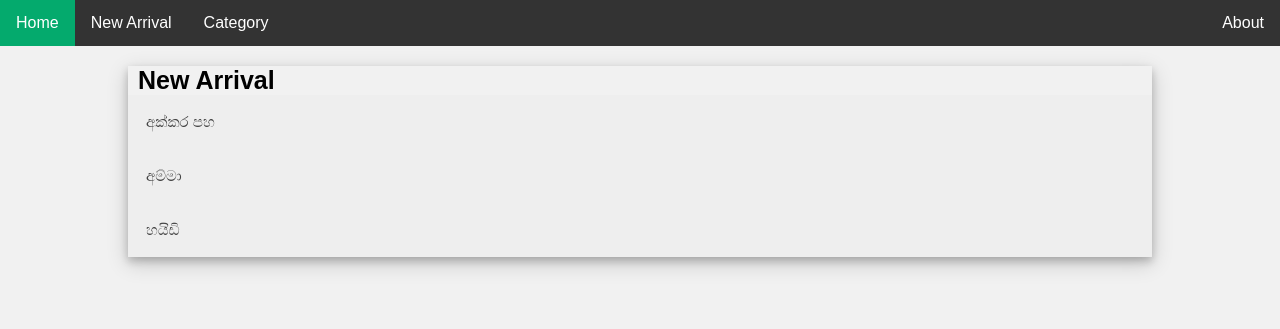
Repository: RPSKumara/DPEdudationPyhton
Page: ResponsiveWebAssigment/newArival.html
The author's editor kept a copy of each file at every save. The page is drawn from the files as they stood at one save, then again after the next save.
The browser window is 1280 px wide. The pictures show the whole page.

Above is the page before, as saved 2022-04-22 20:26:05.

After the next save:
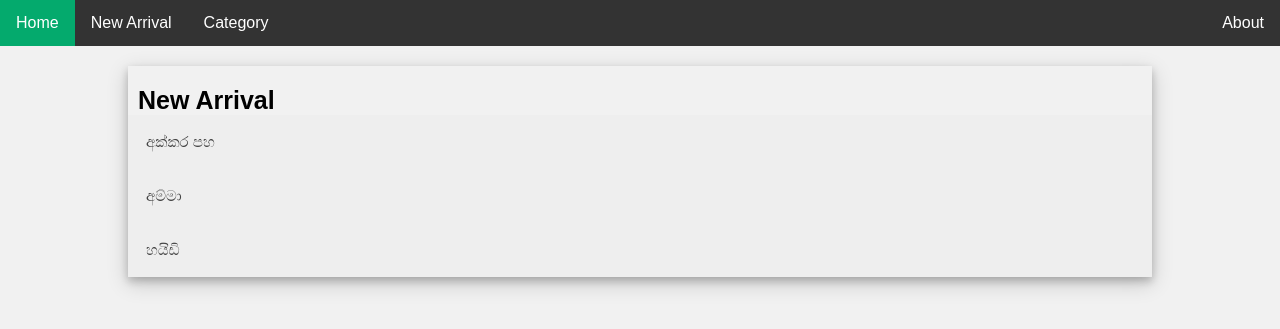
Saved 59 s later.
--- a/ResponsiveWebAssigment/newArival.html
+++ b/ResponsiveWebAssigment/newArival.html
@@ -6,6 +6,7 @@
 		<style>
 			.header {
 				font-size: 25px;
+                padding-top: 20px;
 				padding-left: 10px;
 			}
 			.accordion {
@@ -20,13 +21,13 @@
 				font-size: 15px;
 				transition: 0.4s;
 			}
-            .container{
-                width: 80%;
-                margin: auto;
-                margin-top: 20px;
-	box-shadow: 0 4px 8px 0 rgba(0, 0, 0, 0.2), 0 6px 20px 0 rgba(0, 0, 0, 0.19);
-
-            }
+			.container {
+				width: 80%;
+				margin: auto;
+				margin-top: 20px;
+				box-shadow: 0 4px 8px 0 rgba(0, 0, 0, 0.2),
+					0 6px 20px 0 rgba(0, 0, 0, 0.19);
+			}
 			.active,
 			.accordion:hover {
 				background-color: #ccc;
